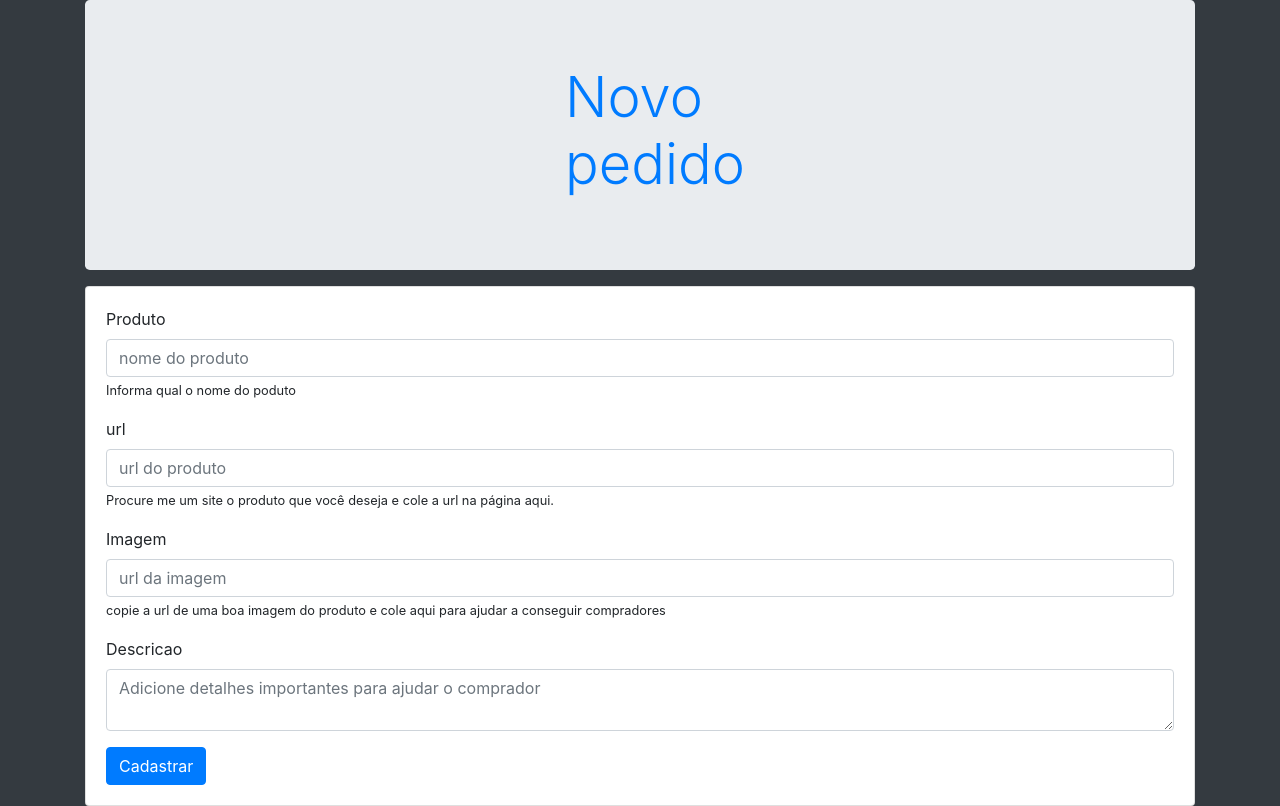
Repository: Erick-Fernandes-dev/Spring_MVC_Part2
Page: http://localhost/pedido/formulario
These files come from the project's save history. The page is drawn as it stood at one moment and after the next save; the edit follows.
The browser window is 1280 px wide. The pictures show the whole page.
The page is this project's Thymeleaf template; nobody is signed in. The template is opened directly, without the code that normally fills it, so the values that code supplies are empty.

Above is the page before, as saved 2022-05-26 18:13:44.

### mudi/src/main/resources/templates/pedido/formulario.html
<!DOCTYPE html>
<html>
<head>
<meta charset="UTF-8">
<title>Insert title here</title>
<link rel="stylesheet"
	href="https://stackpath.bootstrapcdn.com/bootstrap/4.5.2/css/bootstrap.min.css"
	integrity="sha384-JcKb8q3iqJ61gNV9KGb8thSsNjpSL0n8PARn9HuZOnIxN0hoP+VmmDGMN5t9UJ0Z"
	crossorigin="anonymous">
</head>
</head>
<body class="bg-dark">

	<div class="container">

		<div class="jumbotron mb-0">

			<h1 class="display-4 text-primary mx-auto" style="width: 150px;">Novo pedido</h1>

		</div>

		<div class="card mt-3">
			<form th:object = "${requisicaoNovoPedido}" class = "card-body" action="/pedido/novo" method="post">

				<div class="form-group">

					<label for="nomeProduto">Produto</label>
					<input th:field = "*{nomeProduto}" th:errorclass = "is-invalid" class = "form-control" placeholder="nome do produto">
					<small>Informa qual o nome do poduto</small>

					<div class="invalid-feedback"  th:errors = "*{nomeProduto}">
						Erros do nome do produto
					</div>

				</div>

				<div class="form-group">

					<label for="urlProduto">url</label>
					<input th:field = "*{urlProduto}" th:errorclass = "is-invalid" class = "form-control" placeholder="url do produto">
					<small>Procure me um site o produto que você deseja e cole a url na página aqui. </small>

					<div class="invalid-feedback" th:errors = "*{urlProduto}">
						Erros da url do produto
					</div>

				</div>


				<div class="form-group">

					<label for="urlImagem">Imagem</label>
					<input th:field = "*{urlImagem}" th:errorclass = "is-invalid" class = "form-control" placeholder="url da imagem">
					<small>copie a url de uma boa imagem do produto e cole aqui para ajudar a conseguir compradores</small>
					<div class="invalid-feedback" th:errors = "*{urlImagem}">
						Erros da url da imagem
					</div>

				</div>

				<div class="form-group">

					<label for="descricao">Descricao</label>
					<textarea th:field = "*{descricao}" class = "form-control" placeholder="Adicione detalhes importantes para ajudar o comprador"></textarea>

				</div>

				<button class="btn btn-primary" type="submit">Cadastrar</button>

			</form>
		</div>
	</div>
</body>

</html>

After the next save:
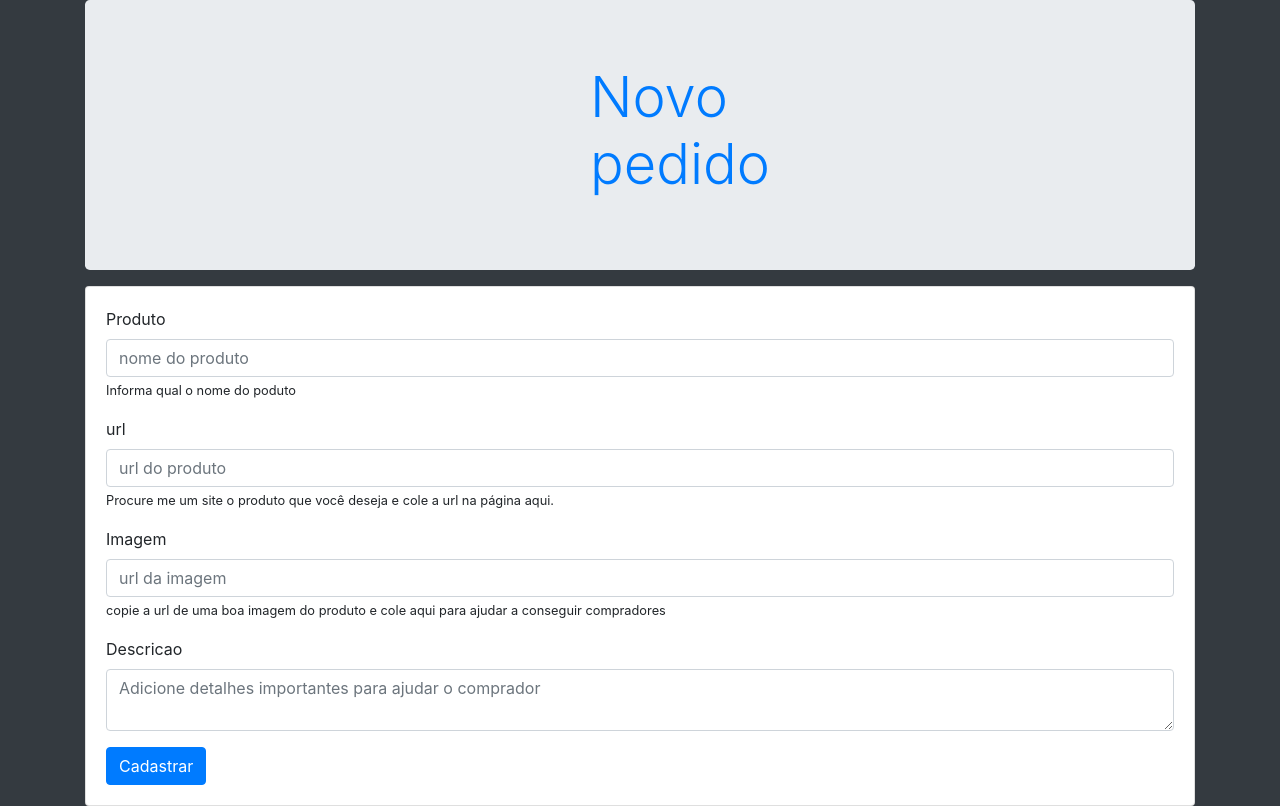
Saved 21 s later.
--- a/mudi/src/main/resources/templates/pedido/formulario.html
+++ b/mudi/src/main/resources/templates/pedido/formulario.html
@@ -15,7 +15,7 @@
 
 		<div class="jumbotron mb-0">
 
-			<h1 class="display-4 text-primary mx-auto" style="width: 150px;">Novo pedido</h1>
+			<h1 class="display-4 text-primary mx-auto" style="width: 100px;">Novo pedido</h1>
 
 		</div>
 
